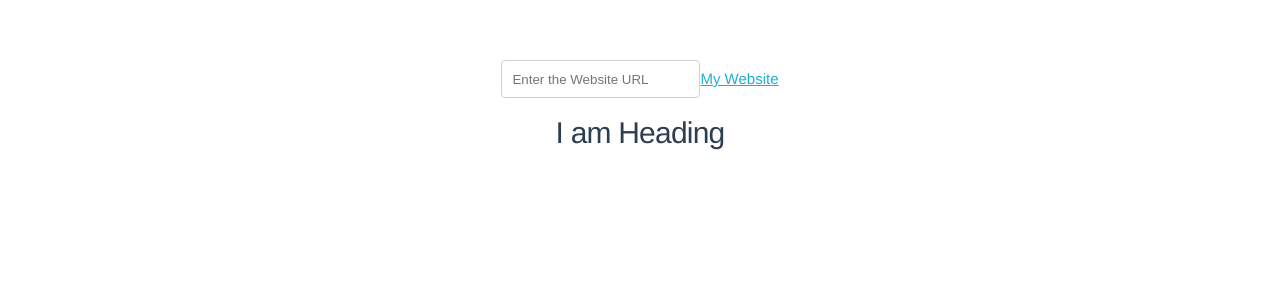
Repository: chsvk/Vue-JS-Course
Page: /
These files come from the project's save history. The page is drawn as it stood at one moment and after the next save; the edit follows.
The browser window is 1280 px wide. The pictures show the whole page.
The project was rebuilt for these pictures with package versions that can differ from the ones it lists, and the page was loaded fresh each time. Also part of the build but not shown: src/components/HelloWorld.vue.

Above is the page before, as saved 2019-03-11 18:54:34.

After the next save:
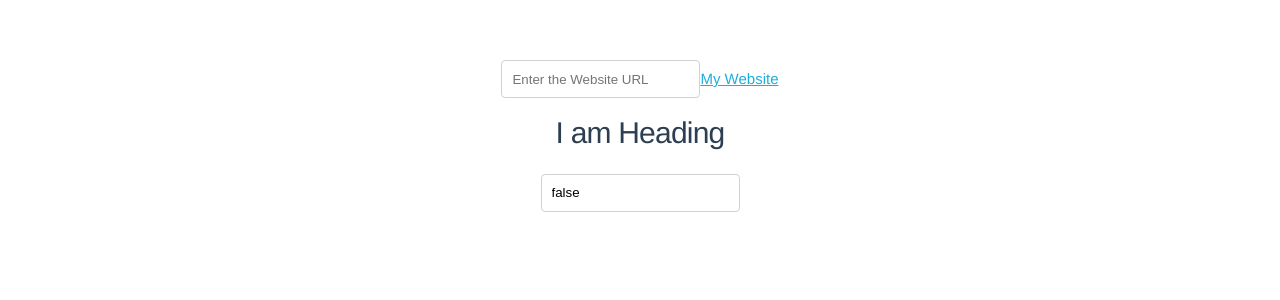
Saved 45 s later.
--- a/src/App.vue
+++ b/src/App.vue
@@ -19,7 +19,7 @@
     <!-- Dynamic Classes using Data Binding -->
 
     <h4 v-bind:class="{active: activeBackground}">I am Heading</h4>
-
+    <input type="text" v-model="activeBackground">
 
 
   </div>

After the save that followed:
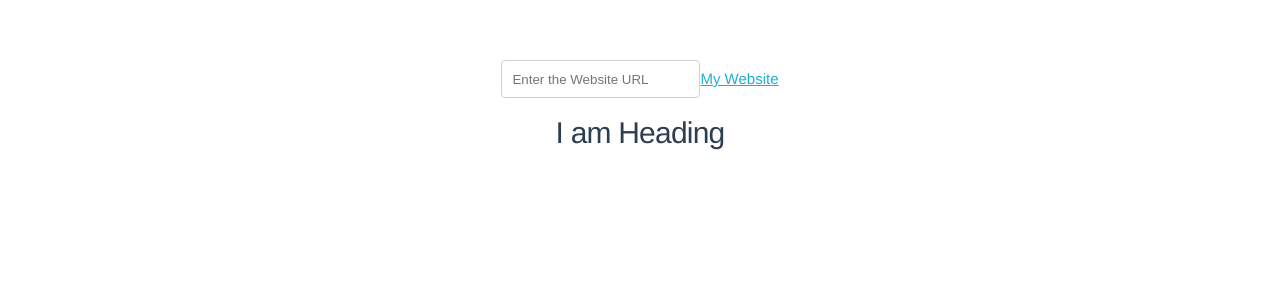
Saved 25 s later.
--- a/src/App.vue
+++ b/src/App.vue
@@ -19,7 +19,6 @@
     <!-- Dynamic Classes using Data Binding -->
 
     <h4 v-bind:class="{active: activeBackground}">I am Heading</h4>
-    <input type="text" v-model="activeBackground">
 
 
   </div>
